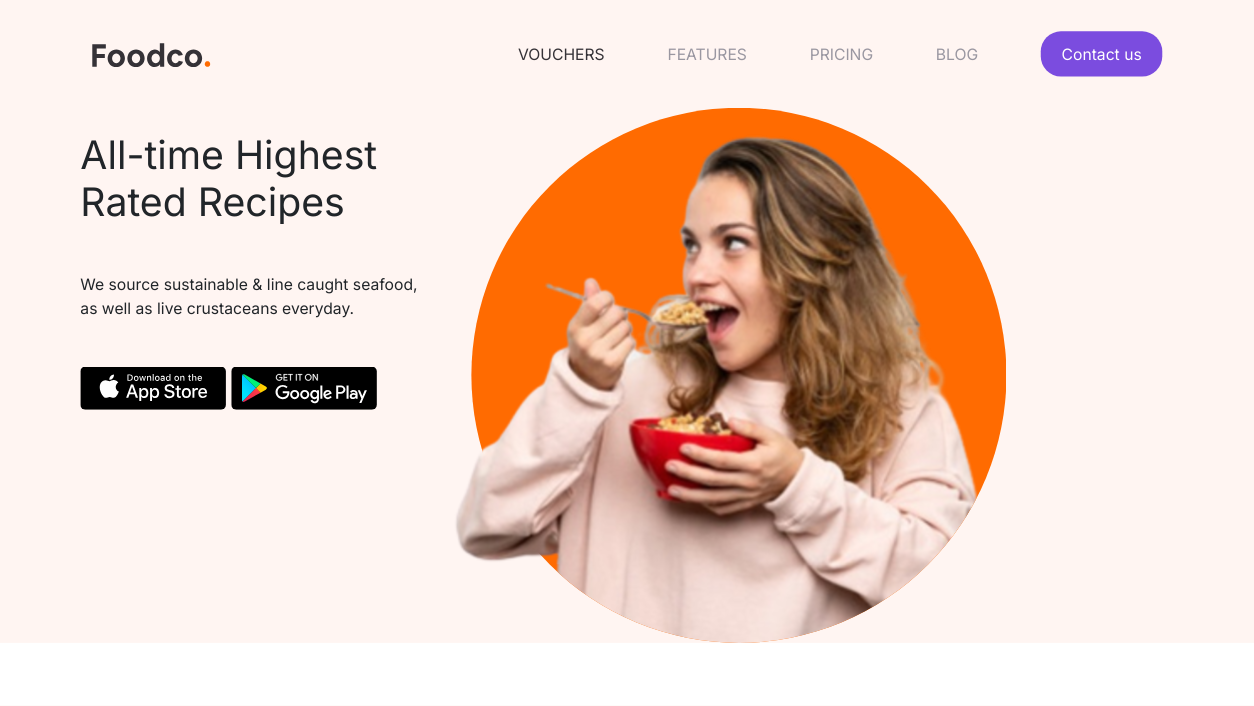
Repository: badhon252/Foodco
Page: index.html
The author's editor kept a copy of each file at every save. The page is drawn from the files as they stood at one save, then again after the next save.
The browser window is 1280 px wide. The pictures show the whole page, at 98% of full size.
The style sheet was rebuilt from its Sass, Less or Tailwind sources for each picture, by a compiler version that may differ from the author's.

Above is the page before, as saved 2022-09-15 16:00:37.

After the next save:
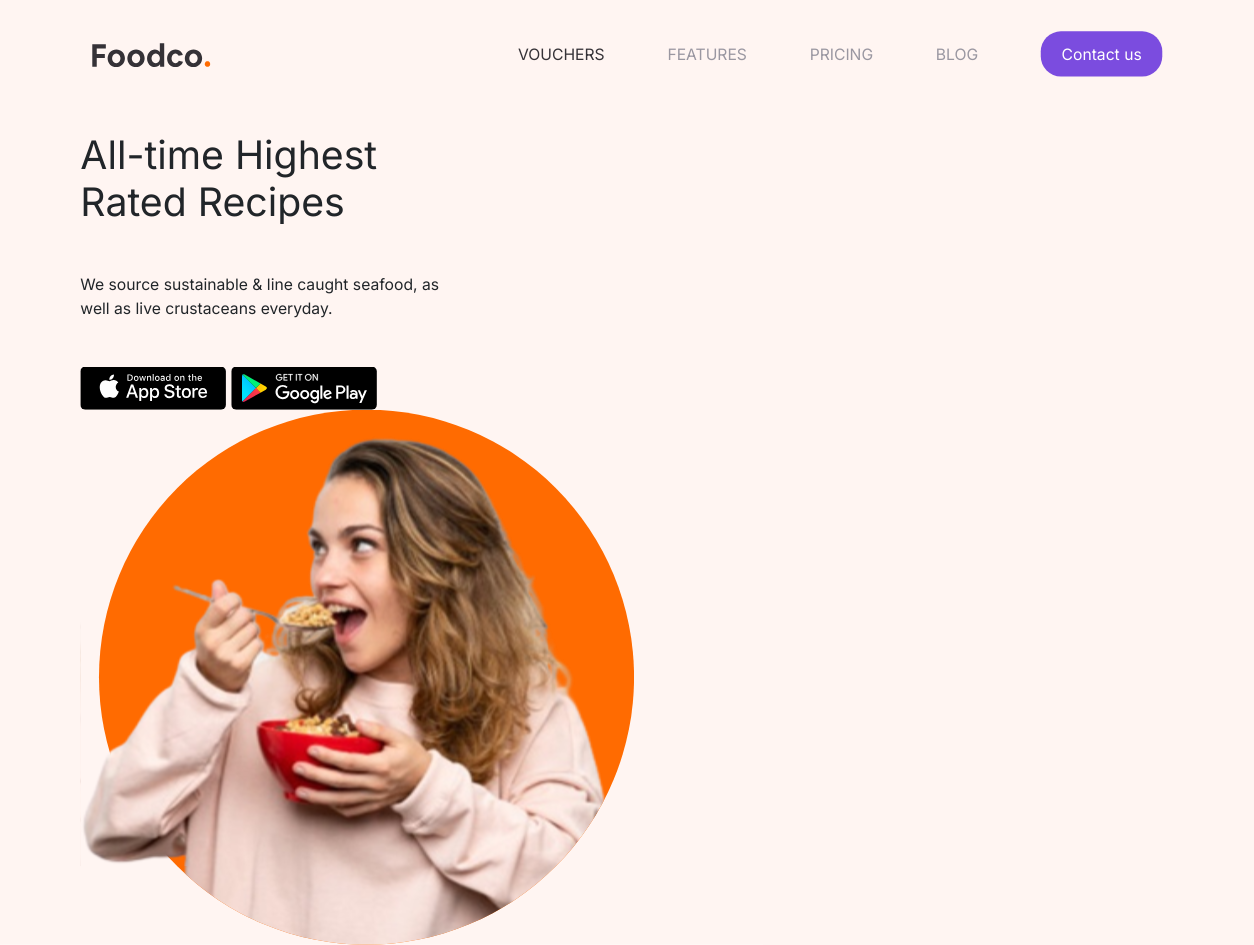
Saved 2 min 55 s later.
--- a/index.html
+++ b/index.html
@@ -48,7 +48,7 @@
             </nav>
 
             <div class="div header-content">
-                <div class="row">
+                <div class="k-row">
                     <div class="col-md-4">
                         <h1 class="my-4">All-time <span>Highest</span> Rated Recipes</h1>
                         <p class="my-5">We source sustainable & line caught seafood, as well as live crustaceans
